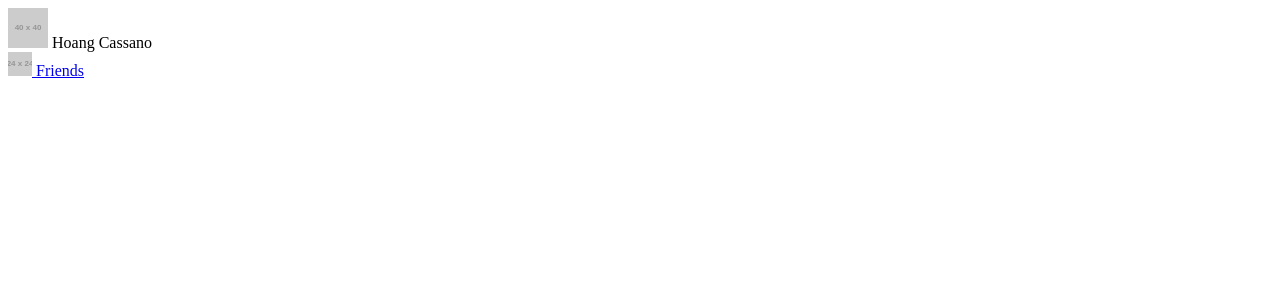
Repository: oafnghh/CassanoSphere
Page: http://localhost/CassanoSphere/www/home/includes/rightBar.jsp
These files come from the project's save history. The page is drawn as it stood at one moment and after the next save; the edit follows.
The browser window is 1280 px wide. The pictures show the whole page.
The page is served by Tomcat 9. Other server files are loaded and not shown.

Above is the page before, as saved 2024-07-15 13:57:00.

### CassanoSphere/webapp/www/home/includes/rightBar.jsp

 <div class="flex flex-col w-64 p-4 bg-card text-card-foreground">

  <div class="flex items-center space-x-3 mb-4">
    <img class="w-10 h-10 rounded-full" src="https://placehold.co/40x40" alt="User profile picture" />
    <span class="font-medium">Hoang Cassano</span>
  </div>

  <nav class="flex flex-col space-y-2">
    <a href="#" class="flex items-center space-x-3 text-foreground hover:bg-muted p-2 rounded">
      <img src="https://placehold.co/24x24?text=👥" alt="Friends icon" />
      <span>Friends</span>
    </a>
  </nav>

</div>

After the next save:
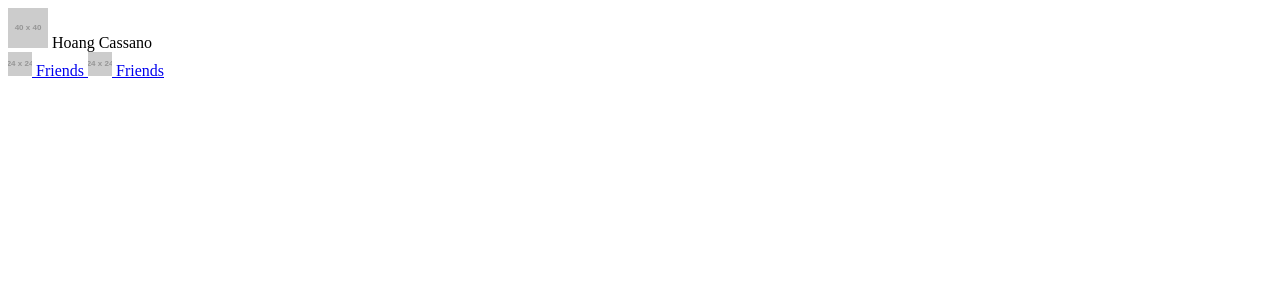
Saved 39 s later.
--- a/CassanoSphere/webapp/www/home/includes/rightBar.jsp
+++ b/CassanoSphere/webapp/www/home/includes/rightBar.jsp
@@ -11,6 +11,10 @@
       <img src="https://placehold.co/24x24?text=👥" alt="Friends icon" />
       <span>Friends</span>
     </a>
+    <a href="#" class="flex items-center space-x-3 text-foreground hover:bg-muted p-2 rounded">
+      <img src="https://placehold.co/24x24?text=👥" alt="Friends icon" />
+      <span>Friends</span>
+    </a>
   </nav>
 
 </div>
